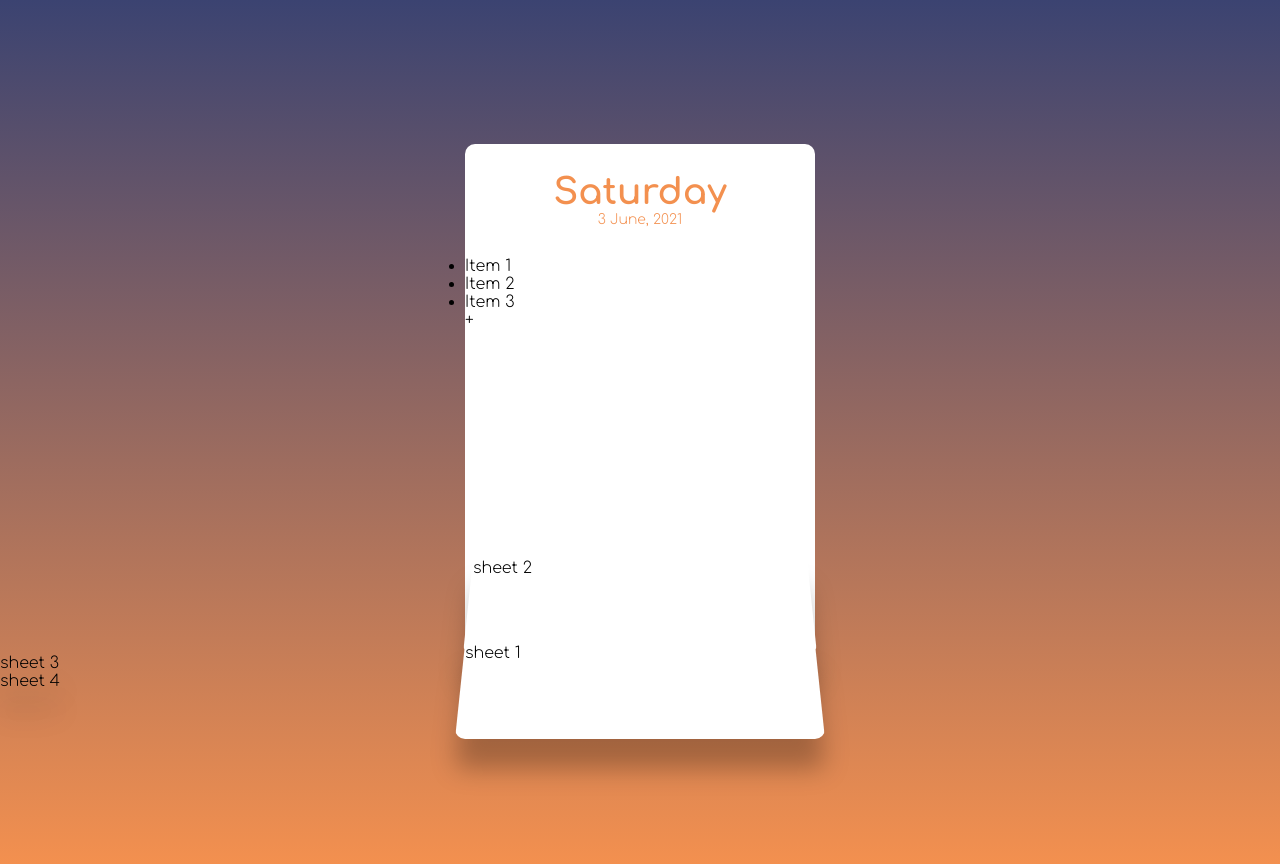
Repository: Colo-Codes/mini-projects
Page: todo-app/index.html
The author's editor kept a copy of each file at every save. The page is drawn from the files as they stood at one save, then again after a run of saves.
The browser window is 1280 px wide. The pictures show the whole page.

Above is the page before, as saved 2021-07-04 11:47:25.

### todo-app/index.html
<!DOCTYPE html>
<html lang="en">
    <head>
        <meta charset="UTF-8" />
        <meta http-equiv="X-UA-Compatible" content="IE=edge" />
        <meta name="viewport" content="width=device-width, initial-scale=1.0" />
        <link rel="stylesheet" href="./css/index.css" />
        <title>Mini-Project - ToDo app</title>
    </head>
    <body>
        <div class="changing-background">
            <main class="todo">
                <section id="todo--header">
                    <header>Saturday</header>
                    <p>3 June, 2021</p>
                </section>
                <section id="todo--tasks-list">
                    <ul>
                        <li class="todo--tasks-list--item">Item 1</li>
                        <li class="todo--tasks-list--item">Item 2</li>
                        <li class="todo--tasks-list--item">Item 3</li>
                    </ul>
                </section>
                <section id="todo--footer">
                    <p>+</p>
                </section>
            </main>
            <div id="sheet-1-3d">sheet 1</div>
            <div id="sheet-2-3d">sheet 2</div>
            <div id="sheet-3-3d">sheet 3</div>
            <div id="sheet-4-3d">sheet 4</div>
        </div>
    </body>
</html>

### todo-app/css/index.css
@import url('https://fonts.googleapis.com/css2?family=Comfortaa:wght@300;700&display=swap');

/* Initial reset */

html {
    box-sizing: border-box;
    font-size: 16px;
}

*,
*:before,
*:after {
    box-sizing: inherit;
    margin: 0;
    padding: 0;
    /*outline: 1px dashed blue; /* Debugging purposes */
}

body {
    font-family: 'Comfortaa', cursive;
    background: #f3904f; /* fallback for old browsers */
    background: -webkit-linear-gradient(
        to bottom,
        #3b4371,
        #f3904f
    ); /* Chrome 10-25, Safari 5.1-6 */
    background: linear-gradient(
        to bottom,
        #3b4371,
        #f3904f
    ); /* W3C, IE 10+/ Edge, Firefox 16+, Chrome 26+, Opera 12+, Safari 7+ */
    background-repeat: no-repeat;
    background-size: cover;
    height: 100vh;
}

.todo {
    margin: auto;
    margin-top: 20vh;
    width: 350px;
    height: 500px;
    background-color: white;
    border-radius: 10px 10px 0 0;
}

div [id^='sheet-'] {
    margin: auto;
    border-radius: 0 0 10px 10px;
    -webkit-filter: drop-shadow(0px 30px 12px rgba(0, 0, 0, 0.25));
    filter: drop-shadow(0px 30px 12px rgba(0, 0, 0, 0.25));
    -ms-filter: "progid:DXImageTransform.Microsoft.Dropshadow(OffX=0, OffY=30, Color='#444')";
    filter: "progid:DXImageTransform.Microsoft.Dropshadow(OffX=0, OffY=30, Color='#444')";
}
#sheet-1-3d {
    width: 370px;
    height: 95px;
    margin: auto;
    border-radius: 0 0 10px 10px;
    /* trapezoidal shape */
    border-bottom: 95px solid white;
    border-left: 10px solid transparent;
    border-right: 10px solid transparent;
    position: relative;
    z-index: 1;
}
#sheet-2-3d {
    width: 354px;
    height: 95px;
    margin: auto;
    margin-top: -180px;
    border-radius: 0 0 10px 10px;
    /* trapezoidal shape */
    border-bottom: 95px solid white;
    border-left: 10px solid transparent;
    border-right: 10px solid transparent;
    z-index: -1;
}

#todo--header header {
    padding-top: 1.75rem;
    font-size: 2.25rem;
    font-weight: 700;
    text-align: center;
    color: #f3904f;
}

#todo--header p {
    font-size: 0.875rem;
    text-align: center;
    color: #f3904f;
}

#todo--tasks-list {
    margin-top: 1.875rem;
}

After the next 2 saves:
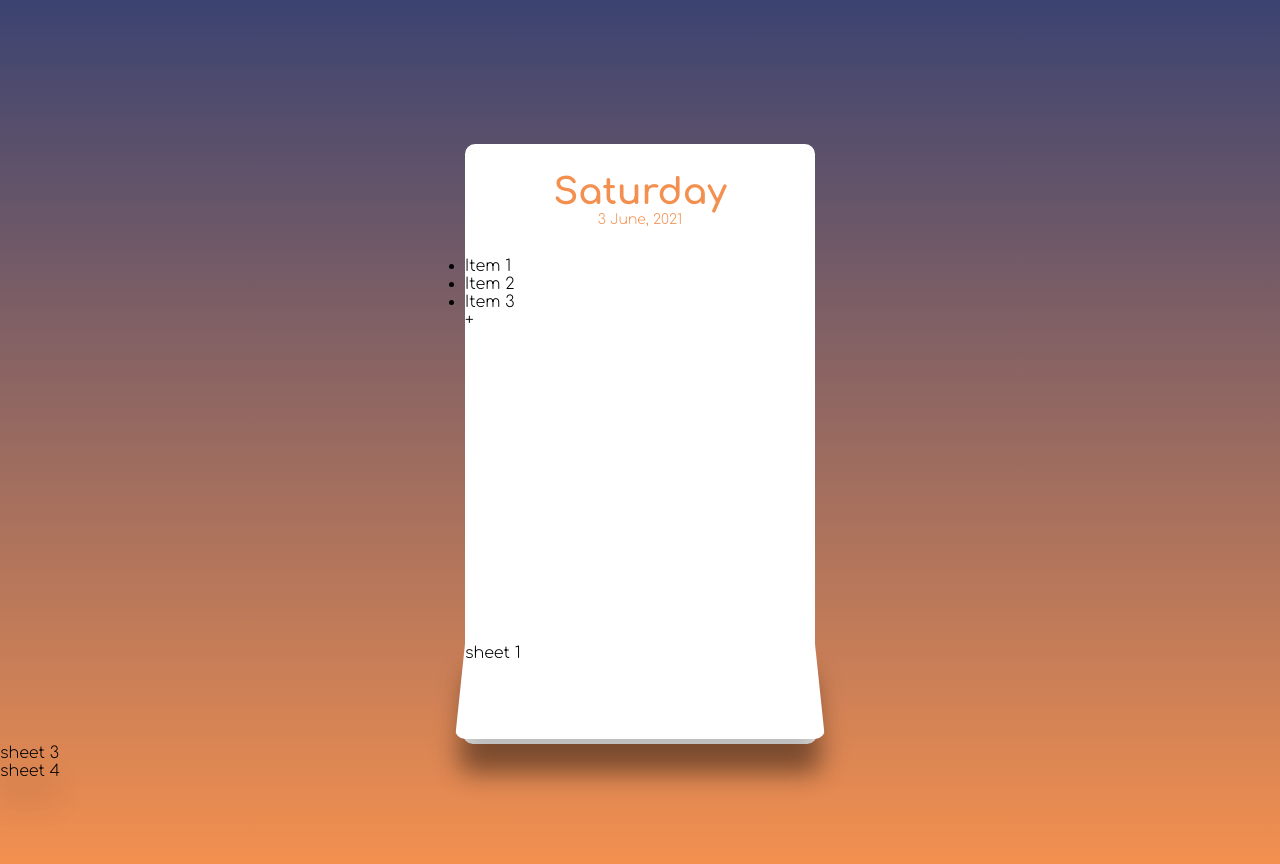
The 2 saves are shown as one change because they came seconds apart.
The last was saved 9 s later.
--- a/todo-app/css/index.css
+++ b/todo-app/css/index.css
@@ -67,7 +67,7 @@ div [id^='sheet-'] {
     width: 354px;
     height: 95px;
     margin: auto;
-    margin-top: -180px;
+    margin-top: -90px;
     border-radius: 0 0 10px 10px;
     /* trapezoidal shape */
     border-bottom: 95px solid white;
